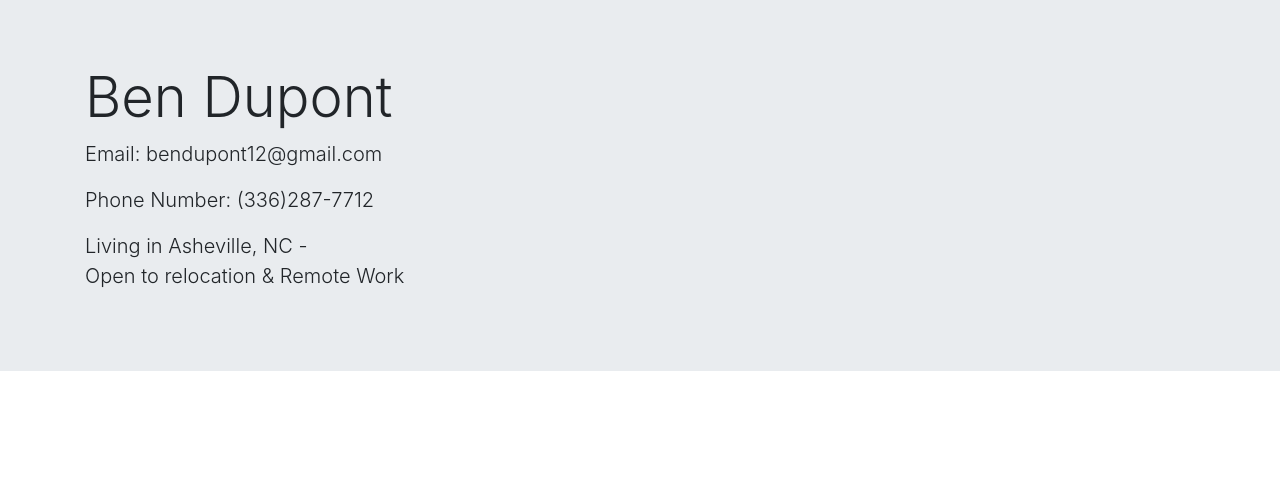
Repository: dupbd/portfolioWebPage
Page: BensSite/src/main/resources/static/contact.html
The author's editor kept a copy of each file at every save. The page is drawn from the files as they stood at one save, then again after the next save.
The browser window is 1280 px wide. The pictures show the whole page.

Above is the page before, as saved 2021-02-04 00:20:08.

### BensSite/src/main/resources/static/contact.html
<!DOCTYPE html>
<html>
<head>
	<title>Ben Dupont</title>
	<link rel="stylesheet" href="style.css">
	<link rel="stylesheet" href="https://cdn.jsdelivr.net/npm/bootstrap@4.5.3/dist/css/bootstrap.min.css" integrity="sha384-TX8t27EcRE3e/ihU7zmQxVncDAy5uIKz4rEkgIXeMed4M0jlfIDPvg6uqKI2xXr2" crossorigin="anonymous">
</head>
<body>



<div class="jumbotron jumbotron-fluid">
<div class="container">
<h1 class="display-4">Ben Dupont</h1>
<p class="lead">Email: bendupont12@gmail.com</p>
<p class="lead">Phone Number: (336)287-7712</p>
<p class="lead">Living in Asheville, NC - <br>Open to relocation & Remote Work</p>
</div>
</div>

</body>

</html>

Loaded but not shown: BensSite/src/main/resources/static/style.css (no copy from this time; the picture is the same without it)

After the next save:
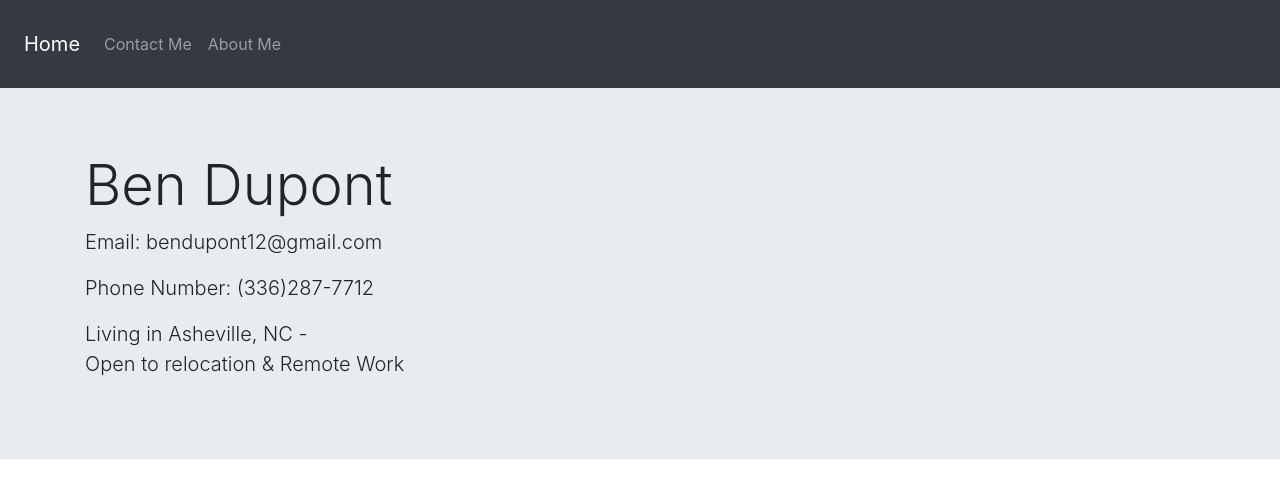
Saved 30 s later.
--- a/BensSite/src/main/resources/static/contact.html
+++ b/BensSite/src/main/resources/static/contact.html
@@ -6,6 +6,25 @@
 	<link rel="stylesheet" href="https://cdn.jsdelivr.net/npm/bootstrap@4.5.3/dist/css/bootstrap.min.css" integrity="sha384-TX8t27EcRE3e/ihU7zmQxVncDAy5uIKz4rEkgIXeMed4M0jlfIDPvg6uqKI2xXr2" crossorigin="anonymous">
 </head>
 <body>
+
+<nav class="navbar navbar-expand-lg navbar-dark bg-dark p-4">
+<button class="navbar-toggler" type="button" data-toggle="collapse" data-target="#navbarTogglerDemo03" aria-controls="navbarTogglerDemo03" aria-expanded="false" aria-label="Toggle navigation">
+  <span class="navbar-toggler-icon"></span>
+</button>
+<a class="navbar-brand" href="index.html">Home</a>
+
+<div class="collapse navbar-collapse" id="navbarTogglerDemo03">
+  <ul class="navbar-nav mr-auto mt-2 mt-lg-0">
+    <li class="nav-item">
+      <a class="nav-link" href="contact.html">Contact Me<span class="sr-only">(current)</span></a>
+    </li>
+    <li class="nav-item">
+      <a class="nav-link" href="aboutMe.html">About Me</a>
+    </li>
+  </ul>
+</div>
+</nav>
+
 
 
 
